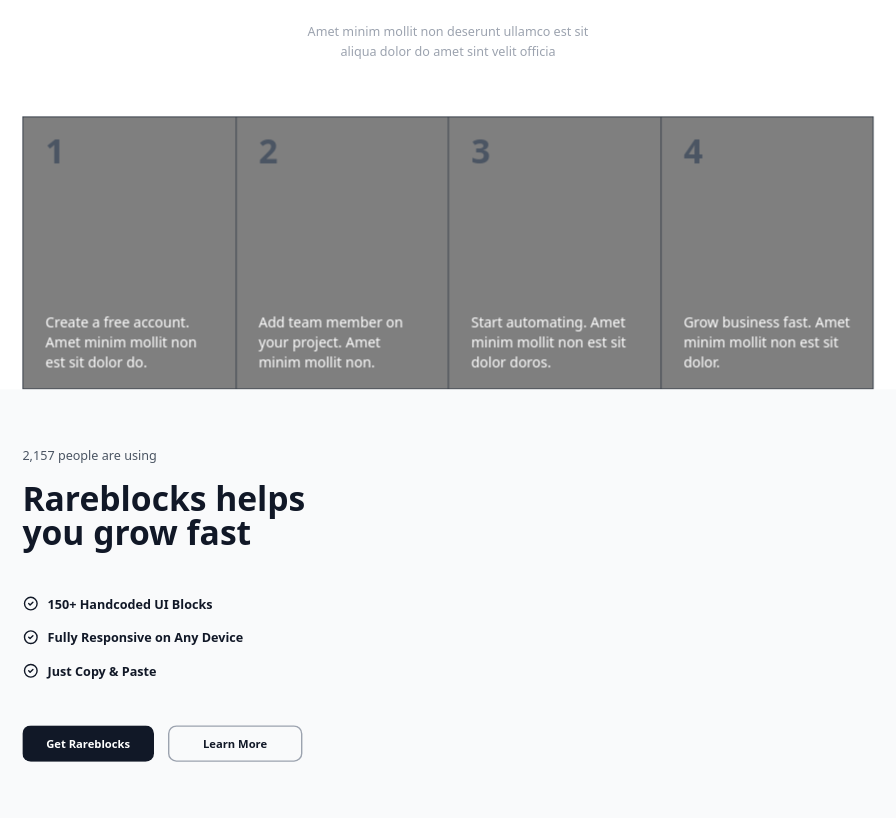
Repository: ornelasedward/mired_website
Page: /
These files come from the project's save history. The page is drawn as it stood at one moment and after the next save; the edit follows.
The browser window is 1280 px wide. The pictures show the part of the page from y = 1375 to 3295 px (the page is 2544 px tall before and 3295 px after), at 70% of full size.
The project was rebuilt for these pictures with package versions that can differ from the ones it lists, and the page was loaded fresh each time. The framework's server and built-in components were replaced by stand-ins that run in the browser. Also part of the build but not shown: next.config.js.

Above is the page before, as saved 2023-03-25 21:02:09.

### app/page.tsx
import Header from "@/components/Header";
import Hero from "@/components/Hero";
import Services from "@/components/Services";
import CTA from "@/components/CTA";
import { Inter } from "next/font/google";

const inter = Inter({ subsets: ["latin"] });

export default function Home() {
  return (
    <main>
      <Hero />
      <Header />
      <Services />
      <CTA />
    </main>
  );
}

### components/Header.tsx
export default function Header() {
  return (
    <section className="py-12 overflow-hidden bg-gray-900 sm:py-16 lg:py-20 xl:py-24">
      <div className="px-4 mx-auto max-w-7xl sm:px-6 lg:px-8">
        <div className="grid max-w-6xl grid-cols-1 mx-auto gap-y-12 lg:grid-cols-2 lg:gap-x-16 xl:gap-x-24">
          <div className="relative flex flex-col justify-between max-w-lg lg:py-12 lg:max-w-none">
            <div className="flex-1">
              <p className="text-sm font-normal tracking-widest uppercase">
                <span className="text-transparent bg-clip-text bg-gradient-to-r from-cyan-500 to-purple-500">
                  {" "}
                  Have a project in mind?{" "}
                </span>
              </p>
            </div>

            <div className="mt-6 lg:mt-auto">
              <h2 className="text-3xl font-normal text-white sm:text-4xl lg:text-5xl xl:text-6xl">
                We help you to grow your business faster & easier.
              </h2>
              <p className="mt-4 text-base font-normal text-gray-400 lg:max-w-xs sm:text-lg sm:mt-6">
                Amet minim mollit non deserunt ullamco est sit aliqua dolor.
              </p>
            </div>
          </div>

          <div className="relative flex items-center justify-center">
            <div className="absolute right-0 transform translate-x-4 -translate-y-1/2 top-1/2">
              <svg
                className="filter blur-3xl"
                // style="filter: blur(64px)"
                width="619"
                height="371"
                fill="none"
                xmlns="http://www.w3.org/2000/svg"
              >
                <path
                  d="M355.661 40.206C507.908 40.206 619-61.411 619 58.454 619 178.319 219.912 371 67.665 371s0-192.681 0-312.546c0-119.865 135.749-18.248 287.996-18.248Z"
                  fill="url(#e)"
                />
                <defs>
                  <linearGradient
                    id="e"
                    x1="0"
                    y1="371"
                    x2="36.57"
                    y2="-50.529"
                    gradientUnits="userSpaceOnUse"
                  >
                    <stop
                      offset="0%"
                      //   style="stop-color: var(--color-cyan-500)"
                    />
                    <stop
                      offset="100%"
                      //   style="stop-color: var(--color-purple-500)"
                    />
                  </linearGradient>
                </defs>
              </svg>
            </div>

            <div className="relative overflow-hidden bg-black rounded-xl">
              <div className="p-6 sm:py-8 sm:px-9">
                <p className="text-xl font-normal text-white">
                  Let us know about your project & we will help you grow your
                  business from scratch.
                </p>

                <form action="#" method="POST" className="mt-8 space-y-4">
                  <div>
                    <label for="" className="sr-only">
                      {" "}
                      Full name{" "}
                    </label>
                    <div>
                      <input
                        type="text"
                        name=""
                        id=""
                        placeholder="First & Last name"
                        className="block w-full px-5 py-4 text-base text-white placeholder-gray-500 bg-black rounded-md focus:border-white focus:ring-1 focus:ring-white"
                      />
                    </div>
                  </div>

                  <div>
                    <label for="" className="sr-only">
                      {" "}
                      Email address{" "}
                    </label>
                    <div>
                      <input
                        type="email"
                        name=""
                        id=""
                        placeholder="Email address"
                        className="block w-full px-5 py-4 text-base text-white placeholder-gray-500 bg-black rounded-md focus:border-white focus:ring-1 focus:ring-white"
                      />
                    </div>
                  </div>

                  <div>
                    <label for="" className="sr-only">
                      {" "}
                      Phone number{" "}
                    </label>
                    <div>
                      <input
                        type="tel"
                        name=""
                        id=""
                        placeholder="Phone number"
                        className="block w-full px-5 py-4 text-base text-white placeholder-gray-500 bg-black rounded-md focus:border-white focus:ring-1 focus:ring-white"
                      />
                    </div>
                  </div>

                  <div>
                    <label for="" className="sr-only">
                      {" "}
                      Message{" "}
                    </label>
                    <div>
                      <textarea
                        name=""
                        id=""
                        placeholder="Write your message"
                        rows="4"
                        className="block w-full px-5 py-4 text-base text-white placeholder-gray-500 bg-black rounded-md resize-y focus:border-white focus:ring-1 focus:ring-white"
                      ></textarea>
                    </div>
                  </div>

                  <div>
                    <div className="relative inline-flex mt-2 group">
                      <div className="absolute transition-all duration-200 rounded-md -inset-px bg-gradient-to-r from-cyan-500 to-purple-500 group-hover:shadow-lg group-hover:shadow-cyan-500/50"></div>
                      <button
                        type="button"
                        className="relative inline-flex items-center justify-center px-8 py-3 text-base font-normal text-white bg-black border border-transparent rounded-md"
                        role="button"
                      >
                        Send Message
                      </button>
                    </div>
                  </div>
                </form>
              </div>
            </div>
          </div>
        </div>
      </div>
    </section>
  );
}

### components/Services.tsx
import Image from "next/image";

export default function Services() {
  return (
    <div>
      <div className="absolute transform -translate-x-1/2 translate-y-full bottom-1/2 left-1/2">
        <svg
          className="blur-3xl filter opacity-70"
          style={{ filter: "blur(64px)" }}
          width="643"
          height="408"
          fill="none"
          xmlns="http://www.w3.org/2000/svg"
        >
          <path
            d="M183.151 216.787C86.498 123.868-62.309 137.493 30.03 41.445c92.337-96.049 494.126-6.876 590.779 86.043 96.652 92.919-148.432 154.396-240.769 250.445-92.338 96.048-100.237-68.228-196.889-161.146Z"
            fill="url(#a)"
          />
          <defs>
            <linearGradient
              id="a"
              x1="663.766"
              y1="168.785"
              x2="303.65"
              y2="469.667"
              gradientUnits="userSpaceOnUse"
            >
              <stop
                offset="0%"
                style={{ stopColor: "var(--color-cyan-500)" }}
              />
              <stop
                offset="100%"
                style={{ stopColor: "var(--color-purple-500)" }}
              />
            </linearGradient>
          </defs>
        </svg>
      </div>

      <div className="absolute inset-0">
        {/* <Image className="object-cover w-full h-full opacity-50" src="https://landingfoliocom.imgix.net/store/collection/dusk/images/noise.png" alt="" width="100" height="100"> */}
      </div>

      <div className="relative px-4 mx-auto sm:px-6 lg:px-8 max-w-7xl">
        <div className="max-w-md mx-auto text-center">
          <h2 className="text-3xl font-normal text-white sm:text-4xl lg:text-5xl xl:text-6xl">
            3 simple steps
          </h2>
          <p className="mt-6 text-lg font-normal text-gray-400">
            Amet minim mollit non deserunt ullamco est sit aliqua dolor do amet
            sint velit officia
          </p>
        </div>

        <div className="grid grid-cols-1 mt-12 bg-black bg-opacity-50 border border-gray-800 sm:grid-cols-2 lg:grid-cols-4 sm:mt-16 lg:mt-20 backdrop-blur-lg">
          <div className="">
            <div className="p-6 sm:px-8">
              <p className="text-5xl font-semibold text-gray-600">1</p>
              <p className="mt-12 text-xl font-normal text-white lg:mt-32 xl:mt-52">
                Create a free account. Amet minim mollit non est sit dolor do.
              </p>
            </div>
          </div>

          <div className="border-t border-gray-800 sm:border-t-0 sm:border-l">
            <div className="p-6 sm:px-8">
              <p className="text-5xl font-semibold text-gray-600">2</p>
              <p className="mt-12 text-xl font-normal text-white lg:mt-32 xl:mt-52">
                Add team member on your project. Amet minim mollit non.
              </p>
            </div>
          </div>

          <div className="border-t border-gray-800 lg:border-t-0 lg:border-l">
            <div className="p-6 sm:px-8">
              <p className="text-5xl font-semibold text-gray-600">3</p>
              <p className="mt-12 text-xl font-normal text-white lg:mt-32 xl:mt-52">
                Start automating. Amet minim mollit non est sit dolor doros.
              </p>
            </div>
          </div>

          <div className="border-t border-l border-gray-800 lg:border-t-0">
            <div className="p-6 sm:px-8">
              <p className="text-5xl font-semibold text-gray-600">4</p>
              <p className="mt-12 text-xl font-normal text-white lg:mt-32 xl:mt-52">
                Grow business fast. Amet minim mollit non est sit dolor.
              </p>
            </div>
          </div>
        </div>
      </div>
    </div>
  );
}

### components/CTA.tsx
import Image from "next/image";

export default function Component() {
  return (
    <div>
      <section className="relative py-12 overflow-hidden bg-gray-50 sm:py-16 lg:py-20">
        <div className="px-4 mx-auto max-w-7xl sm:px-6 lg:px-8">
          <div className="text-center lg:w-1/2 xl:w-2/5 lg:text-left lg:pr-8">
            <p className="text-lg font-medium text-gray-600 font-pj">
              2,157 people are using
            </p>
            <h2 className="mt-6 text-3xl font-bold text-gray-900 sm:text-4xl xl:text-5xl font-pj">
              Rareblocks helps you grow fast
            </h2>

            <ul className="mt-8 space-y-5 lg:mt-16">
              <li className="flex items-center justify-center text-gray-900 lg:justify-start">
                <svg
                  className="w-6 h-6"
                  xmlns="http://www.w3.org/2000/svg"
                  fill="none"
                  viewBox="0 0 24 24"
                  stroke="currentColor"
                >
                  <path
                    stroke-linecap="round"
                    stroke-linejoin="round"
                    stroke-width="2"
                    d="M9 12l2 2 4-4m6 2a9 9 0 11-18 0 9 9 0 0118 0z"
                  />
                </svg>
                <span className="ml-3 text-lg font-bold font-pj">
                  {" "}
                  150+ Handcoded UI Blocks{" "}
                </span>
              </li>

              <li className="flex items-center justify-center text-gray-900 lg:justify-start">
                <svg
                  className="w-6 h-6"
                  xmlns="http://www.w3.org/2000/svg"
                  fill="none"
                  viewBox="0 0 24 24"
                  stroke="currentColor"
                >
                  <path
                    stroke-linecap="round"
                    stroke-linejoin="round"
                    stroke-width="2"
                    d="M9 12l2 2 4-4m6 2a9 9 0 11-18 0 9 9 0 0118 0z"
                  />
                </svg>
                <span className="ml-3 text-lg font-bold font-pj">
                  {" "}
                  Fully Responsive on Any Device{" "}
                </span>
              </li>

              <li className="flex items-center justify-center text-gray-900 lg:justify-start">
                <svg
                  className="w-6 h-6"
                  xmlns="http://www.w3.org/2000/svg"
                  fill="none"
                  viewBox="0 0 24 24"
                  stroke="currentColor"
                >
                  <path
                    stroke-linecap="round"
                    stroke-linejoin="round"
                    stroke-width="2"
                    d="M9 12l2 2 4-4m6 2a9 9 0 11-18 0 9 9 0 0118 0z"
                  />
                </svg>
                <span className="ml-3 text-lg font-bold font-pj">
                  {" "}
                  Just Copy & Paste{" "}
                </span>
              </li>
            </ul>

            <div className="flex flex-col items-center mt-8 lg:justify-start sm:justify-center sm:flex-row lg:mt-16 sm:space-x-5">
              <a
                href="#"
                title=""
                className="
                        relative
                        inline-flex
                        items-center
                        justify-center
                        w-48
                        px-8
                        py-3
                        text-base
                        font-bold
                        text-white
                        transition-all
                        duration-200
                        bg-gray-900
                        border-2 border-transparent
                        sm:w-auto
                        focus:outline-none focus:ring-2 focus:ring-offset-2 focus:ring-gray-900
                        font-pj
                        hover:bg-opacity-90
                        rounded-xl
                    "
                role="button"
              >
                Get Rareblocks
              </a>

              <a
                href="#"
                title=""
                className="
                        inline-flex
                        items-center
                        justify-center
                        w-48
                        px-8
                        py-3
                        mt-5
                        text-base
                        font-bold
                        text-gray-900
                        transition-all
                        duration-200
                        border-2 border-gray-400
                        sm:w-autojustify-center sm:mt-0
                        rounded-xl
                        font-pj
                        focus:outline-none focus:ring-2 focus:ring-offset-2 focus:ring-gray-900
                        hover:bg-gray-900
                        focus:bg-gray-900
                        hover:text-white
                        focus:text-white
                        hover:border-gray-900
                        focus:border-gray-900
                    "
                role="button"
              >
                Learn More
              </a>
            </div>
          </div>
        </div>

        <div className="mt-16 translate-x-12 lg:absolute lg:bottom-0 lg:right-0 lg:translate-x-96 lg:translate-y-8 xl:translate-x-56 2xl:translate-x-44 2xl:translate-y-24">
          <div className="relative">
            <div className="absolute -inset-2">
              <div
                className="w-full h-full mx-auto opacity-30 blur-lg filter"
                // style="background: linear-gradient(90deg, #44ff9a -0.55%, #44b0ff 22.86%, #8b44ff 48.36%, #ff6644 73.33%, #ebff70 99.34%)"
              ></div>
            </div>

            <div className="relative">
              <div className="aspect-w-16 aspect-h-12 lg:aspect-none">
                {/* <Image
                  className="object-cover object-left-top w-full h-full lg:max-w-4xl 2xl:max-w-5xl"
                  src="https://cdn.rareblocks.xyz/collection/clarity/images/cta/8/illustration-old.png"
                  alt=""
                  width="100"
                  height="100"
                /> */}
              </div>
            </div>
          </div>
        </div>
      </section>
    </div>
  );
}

Loaded but not shown: app/layout.tsx (common file); app/globals.css (common file); tailwind.config.js (common file); components/Testimonials.tsx (263 lines, source omitted); components/Hero.tsx (241 lines, source omitted)

After the next save:
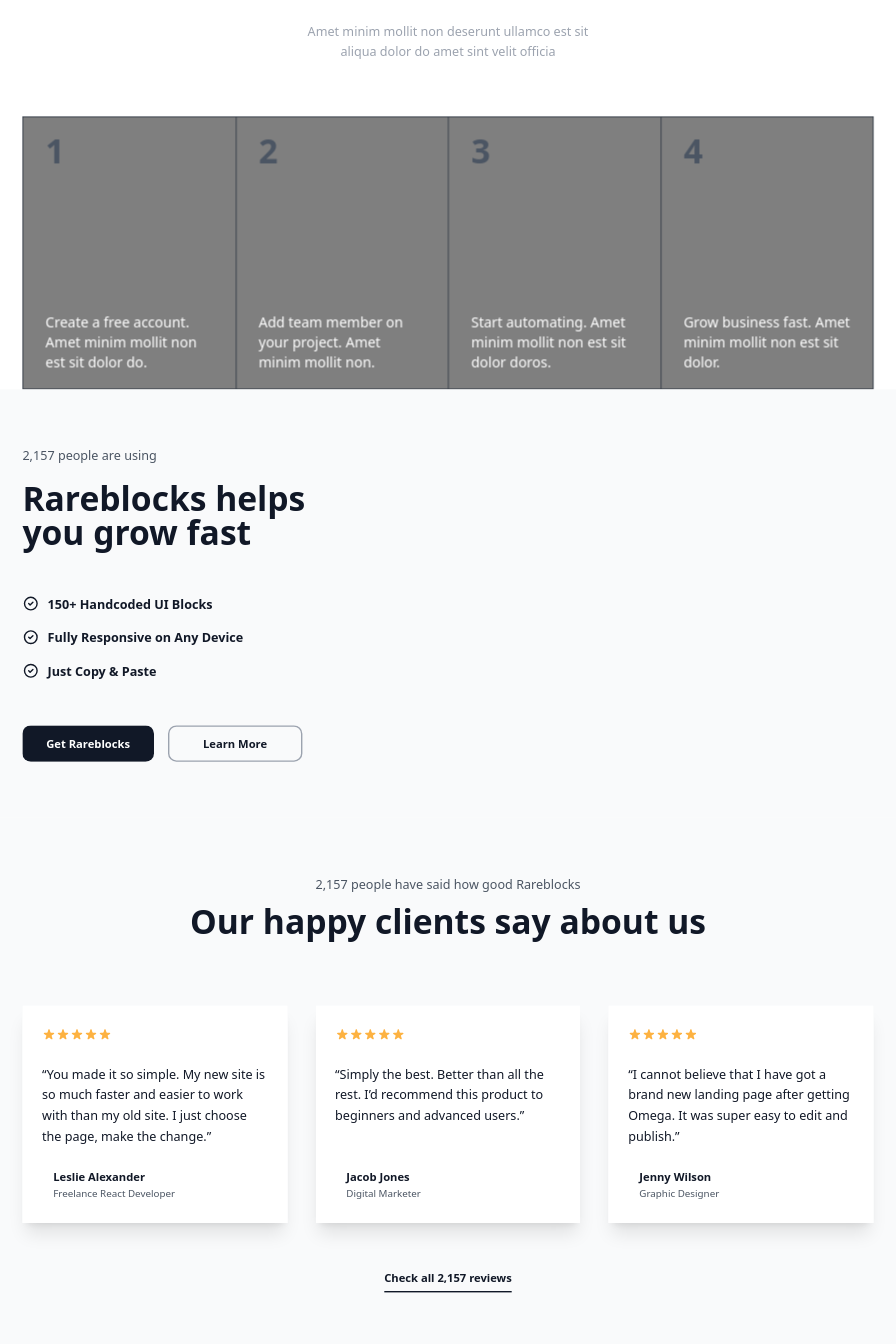
Saved 16 s later.
--- a/app/page.tsx
+++ b/app/page.tsx
@@ -3,6 +3,7 @@
 import Services from "@/components/Services";
 import CTA from "@/components/CTA";
 import { Inter } from "next/font/google";
+import Testimonial from "@/components/Testimonials";
 
 const inter = Inter({ subsets: ["latin"] });
 
@@ -13,6 +14,7 @@
       <Header />
       <Services />
       <CTA />
+      <Testimonial />
     </main>
   );
 }
